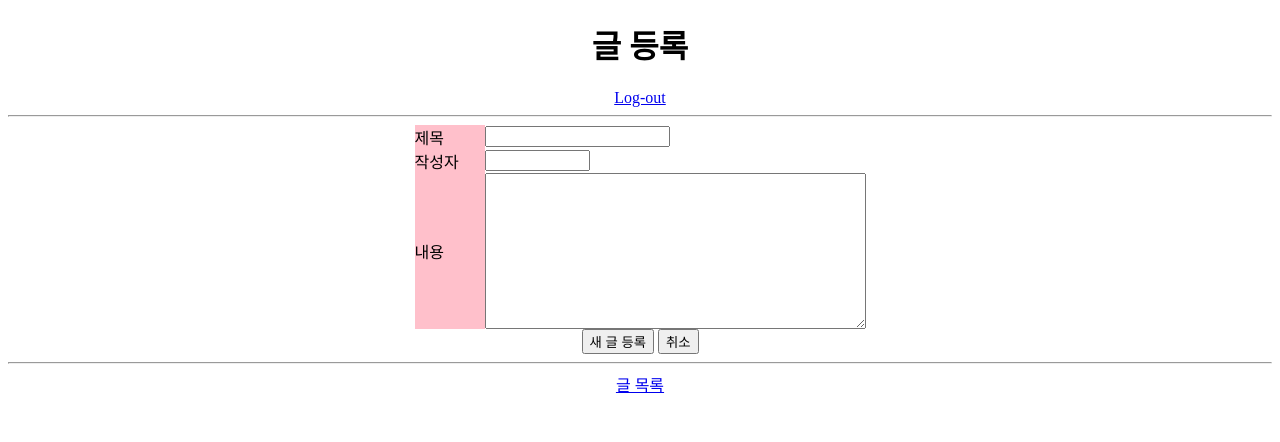
Repository: teeeeeeemo/workspace_spring
Page: http://localhost/BoardWeb/insertBoard.jsp
An editor plug-in stored every save of this project. The page is shown before and after the next save, followed by the edit.
The browser window is 1280 px wide. The pictures show the whole page.
The page is served by Tomcat 9.

Above is the page before, as saved 2017-01-19 14:55:45.

After the next save:
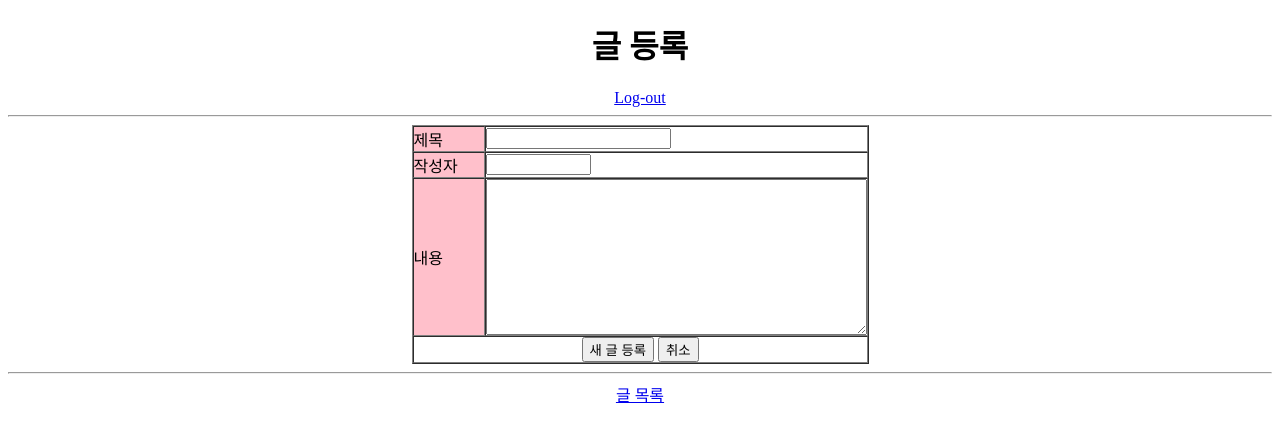
Saved 5 s later.
--- a/BoardWeb/src/main/webapp/insertBoard.jsp
+++ b/BoardWeb/src/main/webapp/insertBoard.jsp
@@ -12,7 +12,7 @@
 <a href="logout_proc.jsp">Log-out</a>
 <hr>
 <form action="insertBoard_proc.jsp" method="post">
-<table boarder="1" cellpadding="0" cellspacing="0">
+<table border="1" cellpadding="0" cellspacing="0">
 	<tr>
 		<td bgcolor="pink" width="70">제목</td>
 		<td align="left"><input type="text" name="title"/></td>
